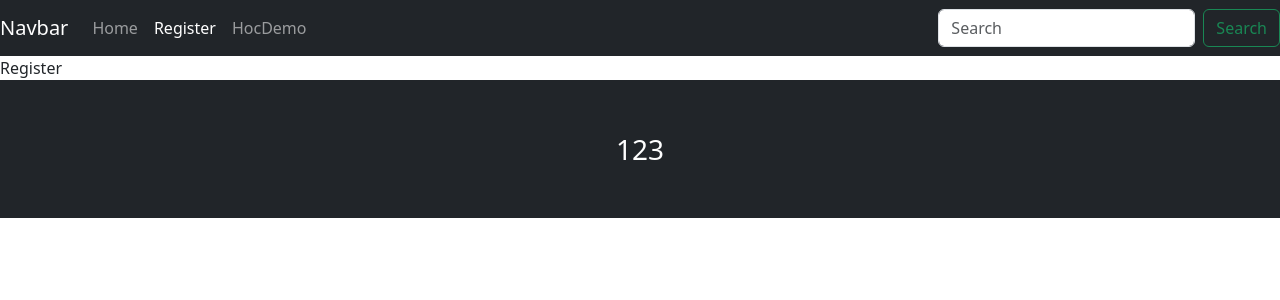
Repository: KhoiNguyen77/react-capstone
Page: /register
An editor plug-in stored every save of this project. The page is shown before and after the next save, followed by the edit.
The browser window is 1280 px wide. The pictures show the whole page.
The project was rebuilt for these pictures with package versions that can differ from the ones it lists, and the page was loaded fresh each time.

Above is the page before, as saved 2023-06-15 11:43:59.

After the next save:
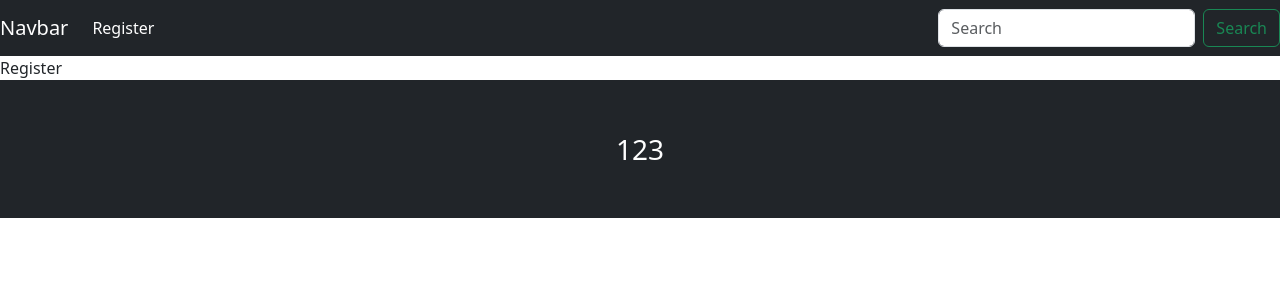
Saved 11 s later.
--- a/src/Component/Header.jsx
+++ b/src/Component/Header.jsx
@@ -9,15 +9,8 @@
             <div className="collapse navbar-collapse" id="collapsibleNavId">
                 <ul className="navbar-nav me-auto mt-2 mt-lg-0">
                     <li className="nav-item">
-                        <NavLink className="nav-link" to="/" aria-current="page">Home</NavLink>
-                    </li>
-                    <li className="nav-item">
                         <NavLink className="nav-link" to="/register">Register</NavLink>
                     </li>
-                    <li className="nav-item">
-                        <NavLink className="nav-link" to="/hoc">HocDemo</NavLink>
-                    </li>
-
                 </ul>
                 <form className="d-flex my-2 my-lg-0">
                     <input className="form-control me-sm-2" type="text" placeholder="Search" />
